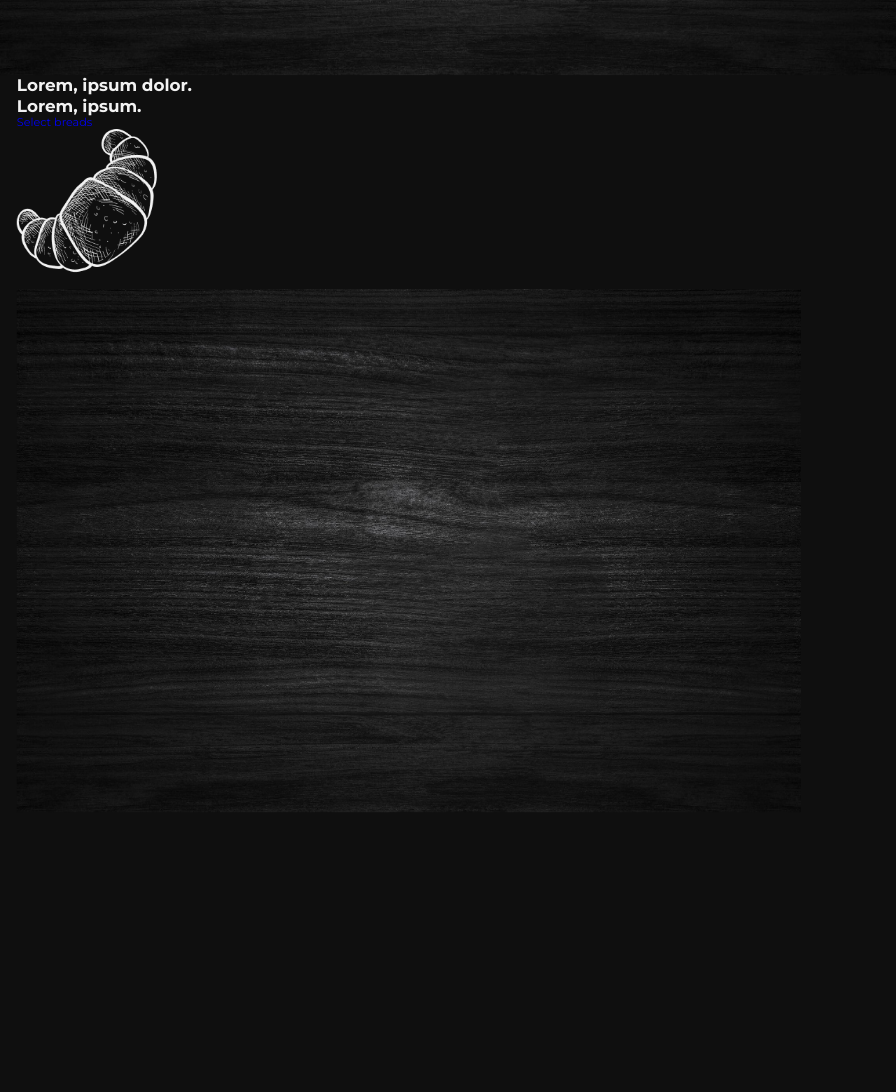
Repository: dinhhaidh/Bakery-web
Page: index.html
An editor plug-in stored every save of this project. The page is shown before and after the next save, followed by the edit.
The browser window is 1280 px wide. The pictures show the part of the page from y = 826 to 2746 px (the page is 2386 px tall before and 2765 px after), at 70% of full size.
Some web libraries are served in a nearby version.

Above is the page before, as saved 2024-01-15 20:59:45.

After the next save:
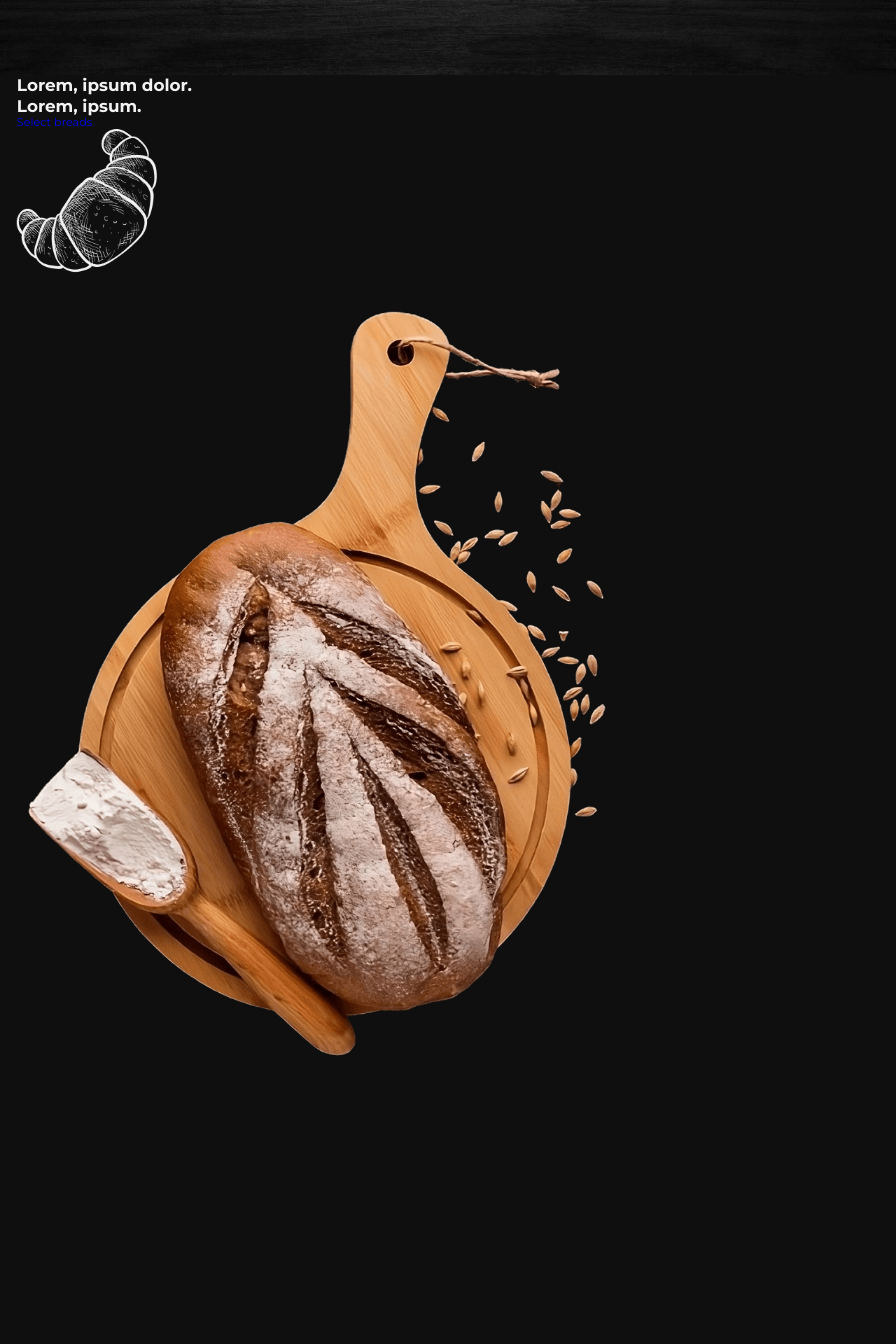
Saved 15 s later.
--- a/index.html
+++ b/index.html
@@ -67,7 +67,7 @@
                 <img src="./img/bread-1.png" alt="image" class="home__bread">
             </div>
             <div class="home__image">
-                <img src="./img/home-bg.jpg" alt="" class="home__img">
+                <img src="./img/home-bread.png" alt="" class="home__img">
             </div>
         </div>
       </section>
